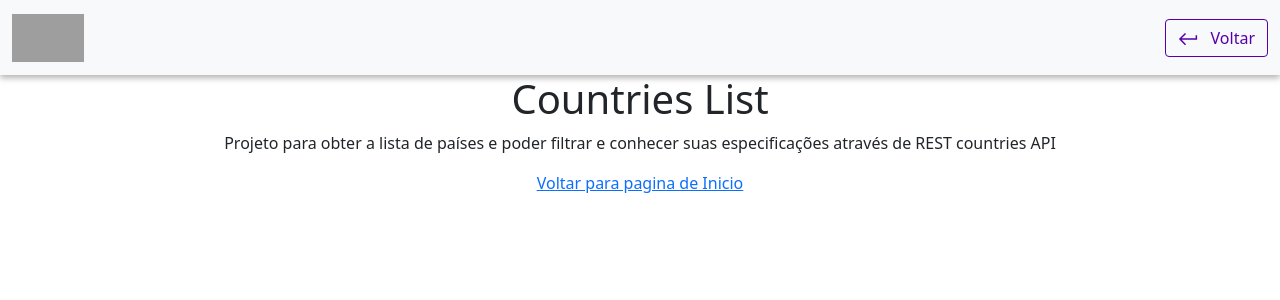
Repository: LuismGil/Countries-list
Page: /about
The author's editor kept a copy of each file at every save. The page is drawn from the files as they stood at one save, then again after the next save.
The browser window is 1280 px wide. The pictures show the whole page.
Pictures or frames that could not be fetched are drawn as grey boxes. The project was rebuilt for these pictures with package versions that can differ from the ones it lists, and the page was loaded fresh each time. Also part of the build but not shown: src/components/MvCountries.vue, src/views/Home.vue.

Above is the page before, as saved 2021-05-23 10:44:55.

After the next save:
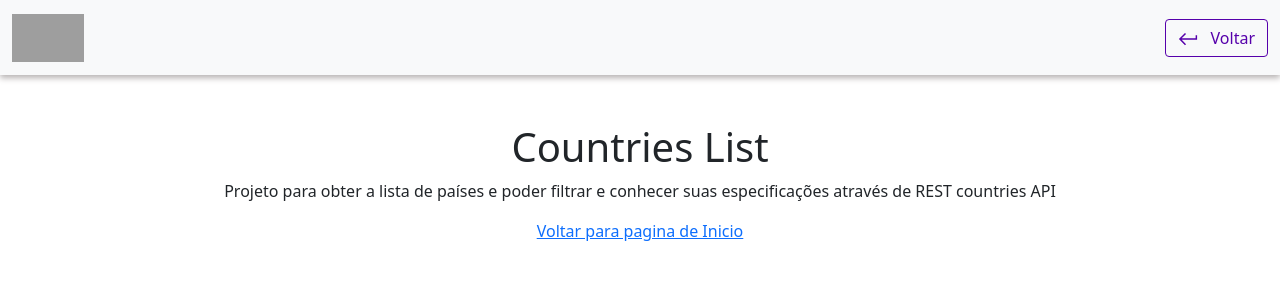
Saved 14 s later.
--- a/src/views/About.vue
+++ b/src/views/About.vue
@@ -1,5 +1,5 @@
 <template>
-  <div class="d-flex flex-column align-items-center justify-content-center m-auto">
+  <div class="d-flex flex-column align-items-center justify-content-center mt-5">
     <h1>Countries List</h1>
     <p class="text-center">
       Projeto para obter a lista de países e poder filtrar e conhecer
